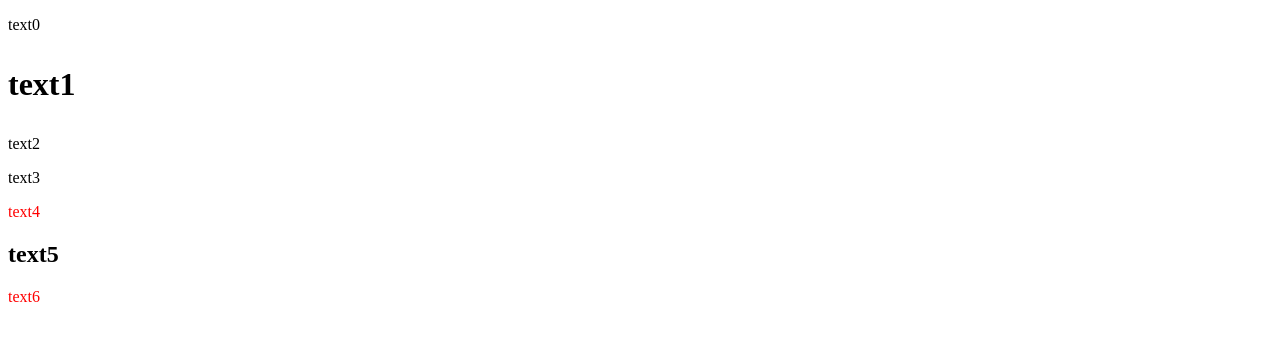
Repository: D-Savanchuk/Tasks
Page: index.html
The author's editor kept a copy of each file at every save. The page is drawn from the files as they stood at one save, then again after the next save.
The browser window is 1280 px wide. The pictures show the whole page.

Above is the page before, as saved 2022-10-13 12:12:31.

After the next save:
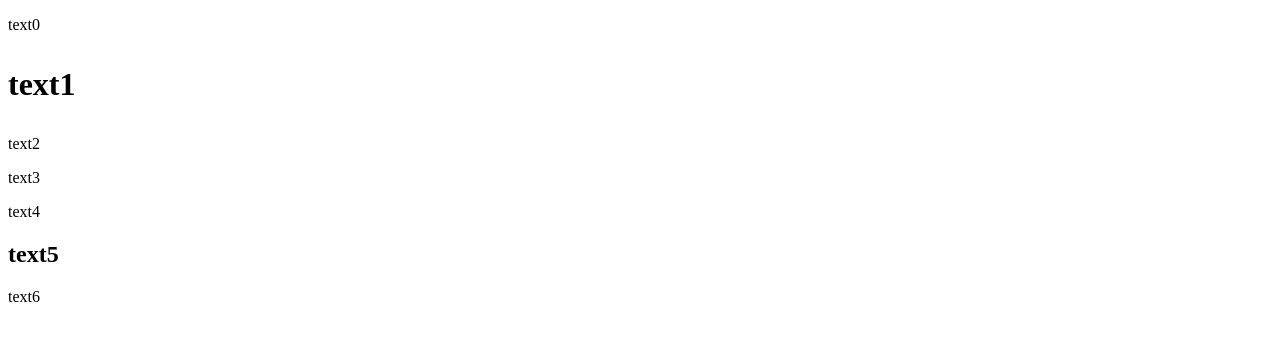
Saved 29 s later.
--- a/style2.css
+++ b/style2.css
@@ -29,6 +29,6 @@ main{
     grid-area: main;
 } */
 
-div ~ p {
+div ~{
     color: red;
     }
